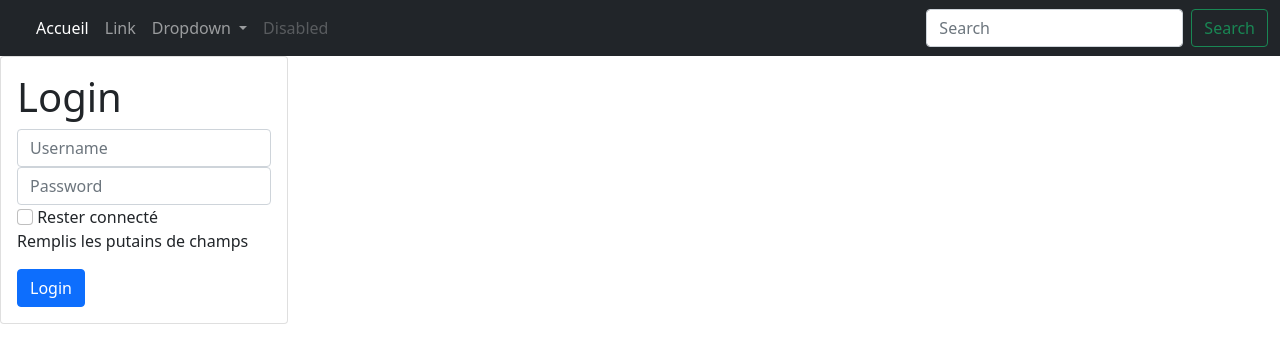
Repository: Mini-T/php-propre
Page: http://localhost/FormLogin.php
An editor plug-in stored every save of this project. The page is shown before and after the next save, followed by the edit.
The browser window is 1280 px wide. The pictures show the whole page.
The page is run by PHP 8.4 with error messages shown; the project is at /var/www/html/.

Above is the page before, as saved 2021-03-11 01:12:45.

After the next save:
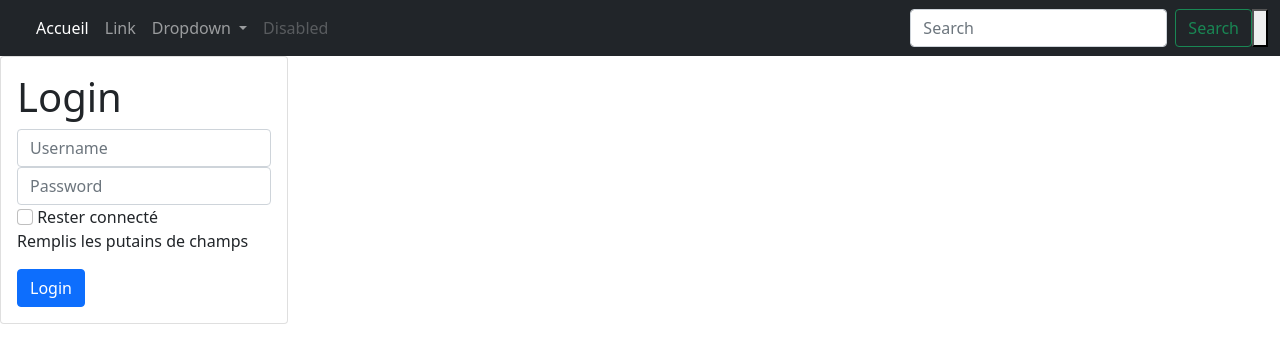
Saved 88 s later.
--- a/proj/include/header.inc.php
+++ b/proj/include/header.inc.php
@@ -67,6 +67,7 @@
                 <form class="d-flex">
                     <input class="form-control me-2" type="search" placeholder="Search" aria-label="Search">
                     <button class="btn btn-outline-success" type="submit">Search</button>
+                    <button class="login"></button>
                 </form>
             </div>
         </div>
